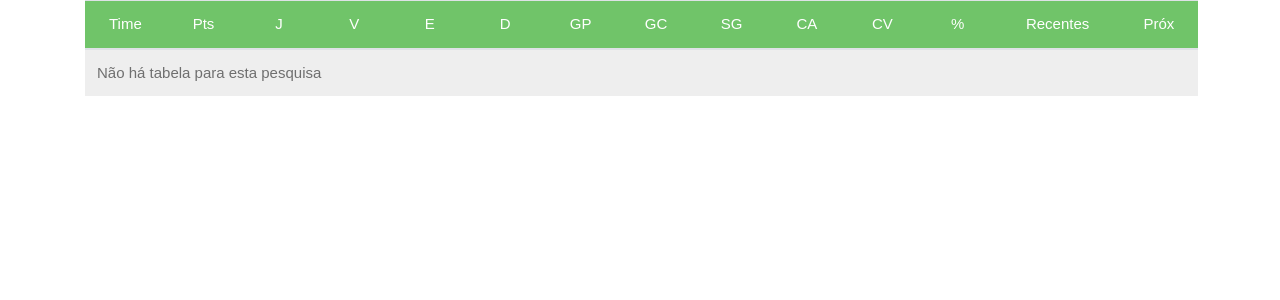
Repository: danielvieira7/campeonato-brasileiro-embed
Page: index.html
The author's editor kept a copy of each file at every save. The page is drawn from the files as they stood at one save, then again after the next save.
The browser window is 1280 px wide. The pictures show the whole page.
The page's requests for data from a server got no answer. Some web libraries are served in a nearby version.

Above is the page before, as saved 2021-02-12 00:32:03.

After the next save:
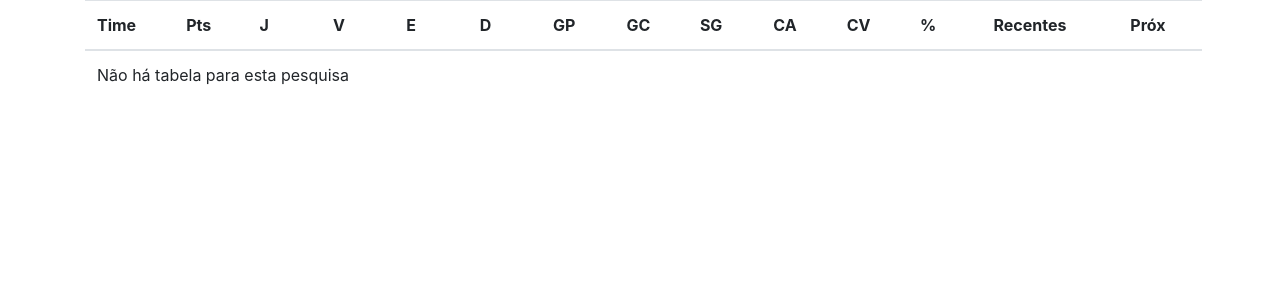
Saved 36 s later.
--- a/index.html
+++ b/index.html
@@ -9,7 +9,7 @@
     <!-- Bootstrap CSS -->
     <link rel="stylesheet" href="https://stackpath.bootstrapcdn.com/bootstrap/4.3.1/css/bootstrap.min.css" integrity="sha384-ggOyR0iXCbMQv3Xipma34MD+dH/1fQ784/j6cY/iJTQUOhcWr7x9JvoRxT2MZw1T" crossorigin="anonymous">
     <!-- <link rel="stylesheet" href="//cdn.datatables.net/1.10.23/css/jquery.dataTables.min.css"> -->
-    <link rel="stylesheet" href="style-light-green.css">
+    <!-- <link rel="stylesheet" href="style-light-green.css"> -->
 </head>
 <body>
 

After the save that followed:
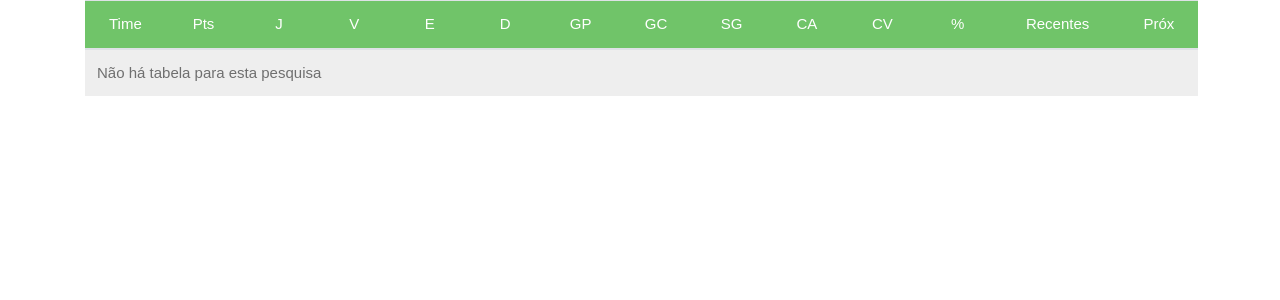
Saved 5 s later.
--- a/index.html
+++ b/index.html
@@ -9,7 +9,7 @@
     <!-- Bootstrap CSS -->
     <link rel="stylesheet" href="https://stackpath.bootstrapcdn.com/bootstrap/4.3.1/css/bootstrap.min.css" integrity="sha384-ggOyR0iXCbMQv3Xipma34MD+dH/1fQ784/j6cY/iJTQUOhcWr7x9JvoRxT2MZw1T" crossorigin="anonymous">
     <!-- <link rel="stylesheet" href="//cdn.datatables.net/1.10.23/css/jquery.dataTables.min.css"> -->
-    <!-- <link rel="stylesheet" href="style-light-green.css"> -->
+    <link rel="stylesheet" href="style-light-green.css">
 </head>
 <body>
 
